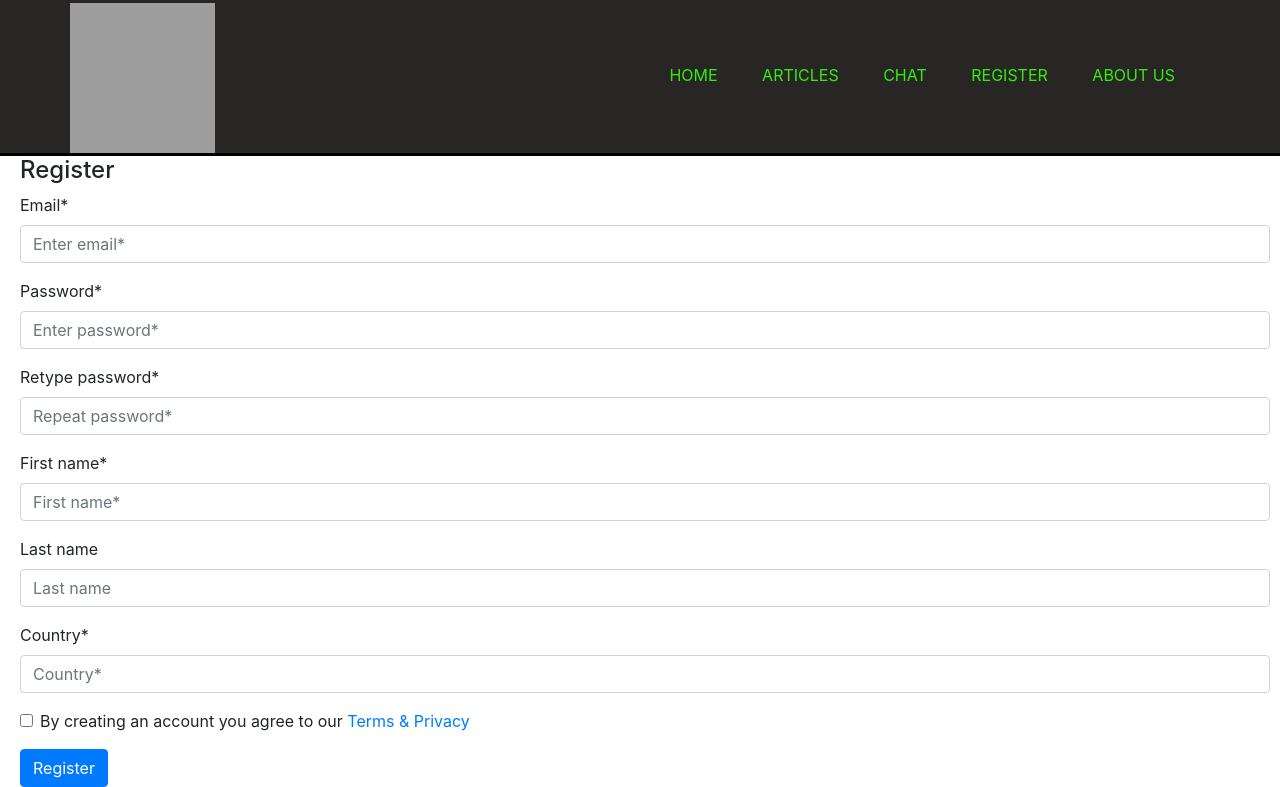
Repository: elvitasaukitena/Web
Page: register/register.html
The author's editor kept a copy of each file at every save. The page is drawn from the files as they stood at one save, then again after the next save.
The browser window is 1280 px wide. The pictures show the whole page.
Pictures or frames that could not be fetched are drawn as grey boxes.

Above is the page before, as saved 2018-08-08 14:56:36.

### register/register.html
<!DOCTYPE html>
<html lang="en">

<head>
    <meta charset="UTF-8">
    <meta name="viewport" content="width=device-width, initial-scale=1.0">
    <meta http-equiv="X-UA-Compatible" content="ie=edge">
    <title>Document</title>
    <link rel="stylesheet" type="text/css" media="screen" href="register.css" />
    <link rel="stylesheet" href="https://stackpath.bootstrapcdn.com/bootstrap/4.1.3/css/bootstrap.min.css" integrity="sha384-MCw98/SFnGE8fJT3GXwEOngsV7Zt27NXFoaoApmYm81iuXoPkFOJwJ8ERdknLPMO"
        crossorigin="anonymous">

</head>

<body>
    <header>
        <div class="container">
            <div id="branding">
                <a href="../homepage/home.html">
                    <img id="img1" src="https://orig00.deviantart.net/999e/f/2017/347/7/e/cute_cat_gif_version_by_byanchalovelemon-dbwlb8v.gif">

                </a>
            </div>
            <div>

                <nav>
                    <ul>
                        <li>
                            <a href="../home/home.html">Home</a>
                        </li>
                        <li>
                            <a href="../articles/articles.html">Articles</a>
                        </li>
                        <li>
                            <a href="../chat/chat.html">Chat</a>
                        </li>
                        <li>
                            <a href="../register/register.html">Register</a>
                        </li>
                        <li>
                            <a href="../about us/about.html">About Us</a>
                        </li>
                    </ul>
                </nav>

            </div>

    </header>

    <div class="register">

            <form class="needs-validation" id="signup_form" action="../src/index.html" target="_blank" method="POST" novalidate>
                <h4 id="reg_title">Register</h4>
                <div class="form-group">
                    <label for="email">Email*</label>
                    <input type="email" class="form-control" id="email" placeholder="Enter email*" name="email" required>
                </div>
                <div class="form-group">
                    <label for="pwd">Password*</label>
                    <input type="password" class="form-control" id="password" placeholder="Enter password*" name="password" required>
                </div>
                <div class="form-group">
                    <label for="pwd">Retype password*</label>
                    <input type="password" class="form-control" id="confirmpassword" placeholder="Repeat password*" name="confirmpassword" required>
                </div>
                <div class="form-group">
                    <label for="pwd">First name*</label>
                    <input type="text" class="form-control" id="firstN" placeholder="First name*" name="firstN" required>
                </div>
                <div class="form-group">
                    <label for="pwd">Last name</label>
                    <input type="text" class="form-control" id="lastN" placeholder="Last name" name="lastN" required>
                </div>
                <div class="form-group">
                    <label for="pwd">Country*</label>
                    <input type="text" class="form-control" id="country" placeholder="Country*" name="country" required>
                </div>

                <div class="form-group">
                    <div class="form-check">
                        <input class="form-check-input" type="checkbox" id="checkbox1" name="checkbox" required>
                        <label class="form-check-label" for="checkbox1">By creating an account you agree to our
                            <a href="#">Terms &#38; Privacy</a>
                        </label>

                    </div>
                </div>

                <button type="submit" class="btn btn-primary" value="Submit" onClick="validatePassword();">Register</button>

            </form>

        </div>

</body>

</html>

### register/register.css
body{
    font-family: Arial, Helvetica, sans-serif;
    font-size: 15px;
    line-height: 1,5;
    font: 15px/1,5 Arial, Helvetica, sans-serif;
    padding:0;
    margin:0;
    background-color: rgb(192, 189, 189);
}

.container{
    width: 40%;
    margin:auto;
    overflow:hidden;
}


header ul{
    margin:0;
    padding:0;

}


header{
    background: #272624;
    color: #ffffff;
    padding-top: 3px;
    min-height: 40px;
    border-bottom: #000000 3px solid;
}

header #branding{
    float: left;
    margin-left: -20px;
    margin-top: 0px;
    margin-bottom: 0px;
}

header #img1{
    height: 150px;
    width: 150px;
}

header a{
    color: #35ec10;
    text-decoration: none;
    text-transform: uppercase;
    font: size 16;
}

header nav{
    float: right;
    margin-top: 60px;
}

header li{
    display: inline;
    padding: 0 20px 0 20px;
}
.register {
    padding: 0 10px 0 20px;
}

After the next save:
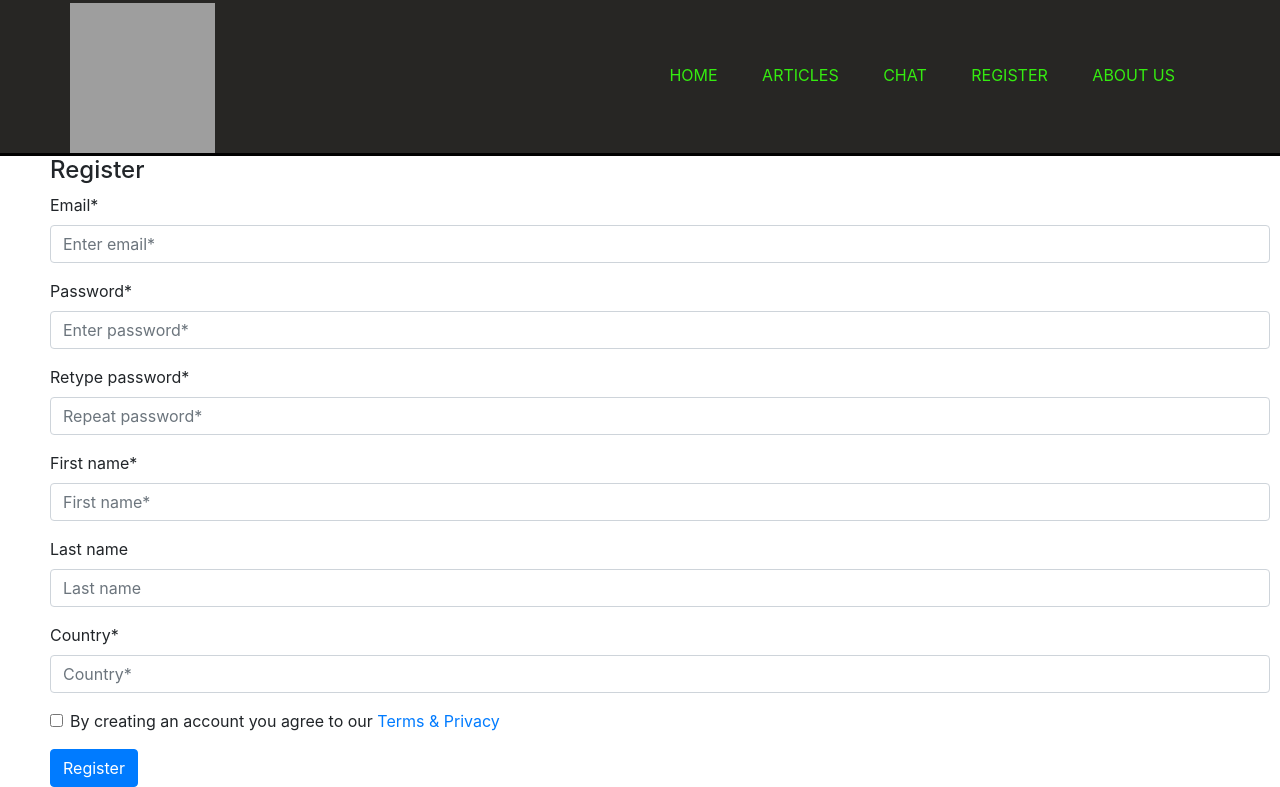
Saved 8 s later.
--- a/register/register.css
+++ b/register/register.css
@@ -59,5 +59,5 @@
     padding: 0 20px 0 20px;
 }
 .register {
-    padding: 0 10px 0 20px;
+    padding: 0 10px 0 50px;
 }
